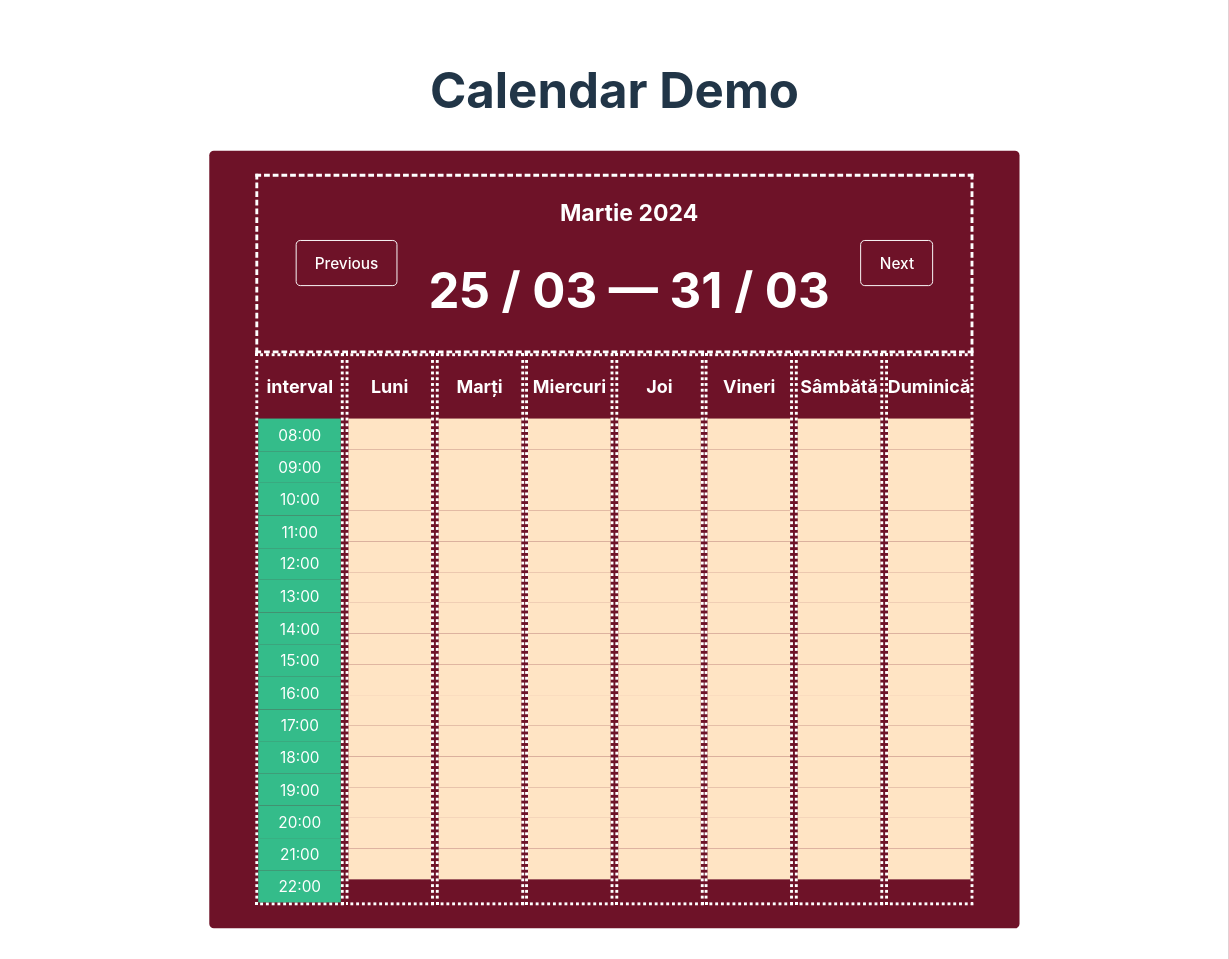
Repository: Maryie-B/weekly-calendar-scheduler
Page: /
An editor plug-in stored every save of this project. The page is shown before and after the next save, followed by the edit.
The browser window is 1280 px wide. The pictures show the whole page, at 96% of full size.
The project was rebuilt for these pictures with package versions that can differ from the ones it lists, and the page was loaded fresh each time. Also part of the build but not shown: vite.config.js.

Above is the page before, as saved 2024-03-26 16:07:10.

After the next save:
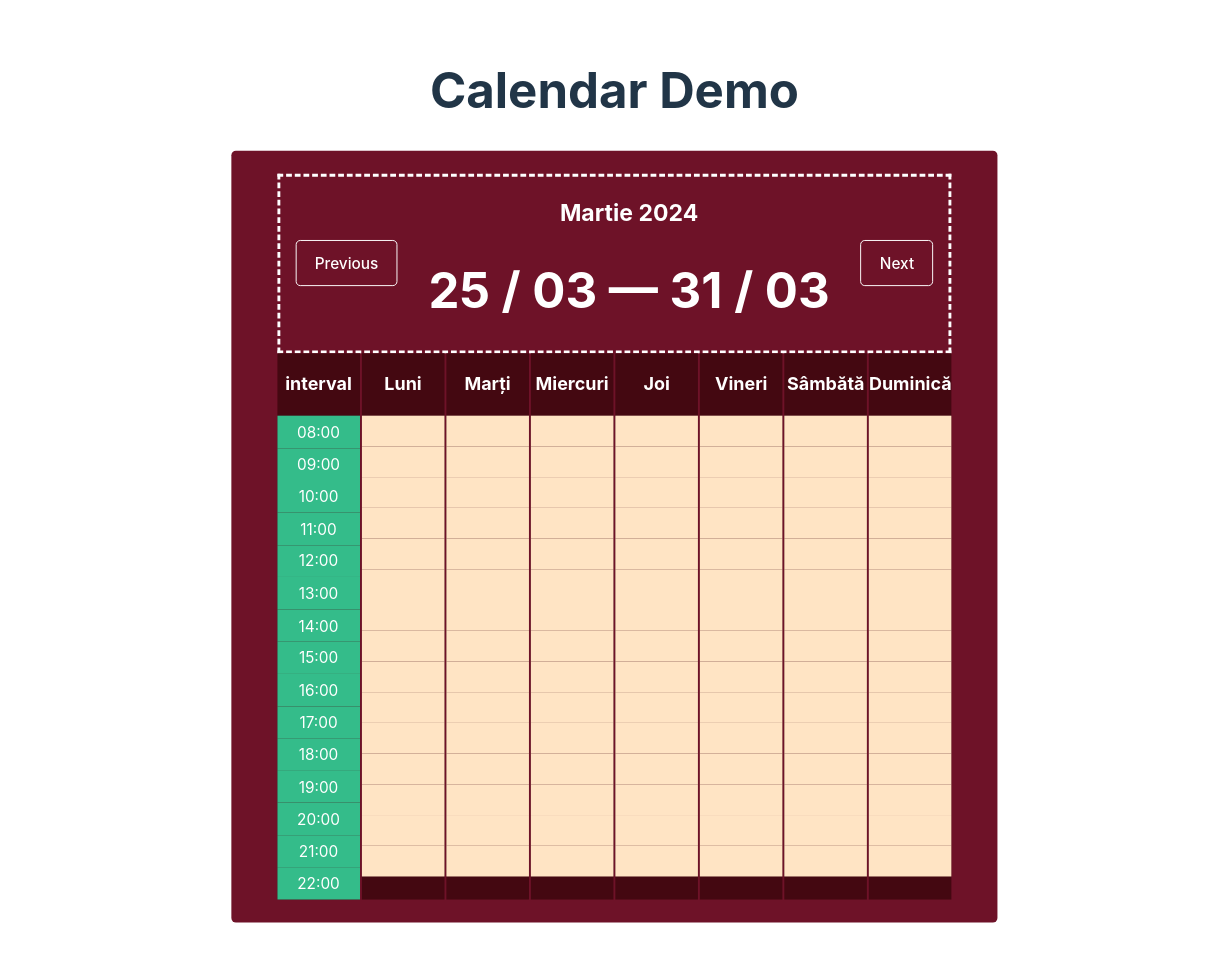
Saved 50 s later.
--- a/src/App.css
+++ b/src/App.css
@@ -46,8 +46,7 @@
 }
 
 .days-header {
-  border-color: white;
-  border-style: dotted;
+  background-color: rgb(68, 8, 17);
   min-height: 2rem;
 }
 
